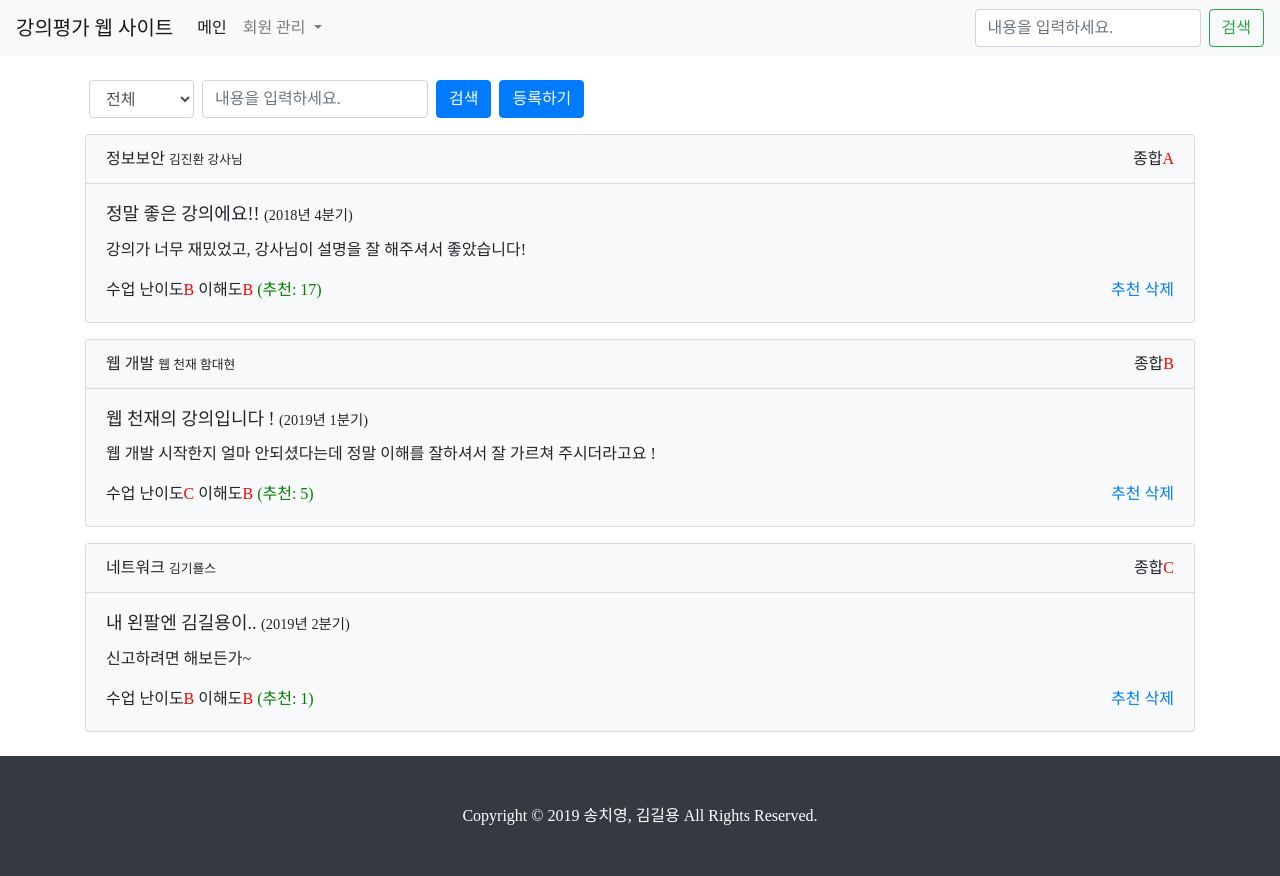
Repository: cldud5221/thdcldud
Page: http://localhost/info/
The author's editor kept a copy of each file at every save. The page is drawn from the files as they stood at one save, then again after the next save.
The browser window is 1280 px wide. The pictures show the whole page.
Some web fonts or font styles are not loaded; a fallback is used. The page is served by Tomcat 9. Other server files are loaded and not shown.

Above is the page before, as saved 2019-07-11 06:48:20.

### info/WebContent/index.jsp
<%@ page language="java" contentType="text/html; charset=UTF-8" pageEncoding="UTF-8"%>
<%@ page import="java.io.PrintWriter" %>
<%@ page import="user.UserDAO" %>
<%@ page import="evaluation.EvaluationDTO" %>
<%@ page import="evaluation.EvaluationDAO" %>
<%@ page import="java.util.ArrayList" %>
<%@ page import="java.net.URLEncoder" %>
<!DOCTYPE html>
<html>
<head>
	<meta http-equiv="Content-Type" content="text/html; charset=UTF-8">
	<meta name="viewport" content="width=device-width, initial-scale=1, shrink-to-fit=no">
	<title> 강의 평가 웹 사이트   </title>
	<!-- 부트스트랩 CSS 추가하기 -->
	<link rel="stylesheet" href="./css/bootstrap.min.css">
	<!-- 커스텀 CSS 추가하기 -->
	<link rel="stylesheet" href="./css/custom.css">
</head>
<body>
<%
	String userID = null;
	if(session.getAttribute("userID") != null) {
		userID = (String) session.getAttribute("userID");
	}
	if(userID != null) {
		PrintWriter script = response.getWriter();
		script.println("<script>");
		script.println("alert('로그인을 해주세요.');");
		script.println("location.href = 'userLogin.jsp';");
		script.println("</script>");
		script.close();
		return;
	}
%>
	<nav class="navbar navbar-expand-lg navbar-light bg-light">
		<a class="navbar-brand" href="index.jsp"> 강의평가 웹 사이트</a>
		<button class="navbar-toggler" type="button" data-toggle="collapse" data-target="#navbar">
			<span class="navbar-toggler-icon"></span>
		</button>
		<div id="navbar" class="collapse navbar-collapse">
			<ul class="navbar-nav mr-auto">
				<li class="nav-item active">
					<a class="nav-link" href="index.jsp">메인</a>
				</li>
				<li class="nav-item dropdown">
					<a class="nav-link dropdown-toggle" id="dropdown" data-toggle="dropdown">
						회원 관리
					</a>
					<div class="dropdown-menu" aria-labelledby="dropdown">
<%
	if(userID == null) {
%>
						<a class="dropdown-item" href="userLogin.jsp">로그인</a>
						<a class="dropdown-item" href="userJoin.jsp">회원가입</a>
<%
	} else {
%>
						<a class="dropdown-item" href="userLogout.jsp">로그아웃</a>
<%
	}
%>
					</div>
				</li>
			</ul>
			<form action="./index.jsp" method="get" class="form-inline my-2 my-lg-0">
				<input type="text" name="search" class="form-control mr-sm-2" type="search" placeholder="내용을 입력하세요." aria-label="Search">
				<button class="btn btn-outline-success my-2 my-sm-0" type="submit">검색</button>
			</form>
		</div>
	</nav>
	<section class="container">
		<form method="get" action="./index.jsp" class="form-inline mt-3">
			<select name="lectureDivide" class="form-control mx-1 mt-2">
				<option value="전체">전체</option>
				<option value="보안">보안</option>
				<option value="자바">자바</option>
				<option value="웹 개발">웹 개발</option>
				<option value="네트워크]">네트워크</option>
			</select>
			<input type="text" name="search" class="form-control mx-1 mt-2" placeholder="내용을 입력하세요.">
			<button type="submit" class="btn btn-primary mx-1 mt-2">검색</button>
			<a class="btn btn-primary mx-1 mt-2" data-toggle="modal" href="#registerModal">등록하기</a>
		</form>
		<div class="card bg-light mt-3">
			<div class="card-header bg-light">
				<div class="row">
					<div class="col-8 text-left">정보보안&nbsp;<small>김진환 강사님</small></div>
					<div class="col-4 text-right">
						종합<span style="color: red;">A</span>
					</div>
				</div>
			</div>
			<div class="card-body">
				<h5 class="card-title">
					정말 좋은 강의에요!!&nbsp;<small>(2018년 4분기)</small>
				</h5>
				<p class="card-text">강의가 너무 재밌었고, 강사님이 설명을 잘 해주셔서 좋았습니다!</p>
				<div class="row">
					<div class="col-9 text-left">
						수업 난이도<span style="color: red;">B</span>
						이해도<span style="color: red;">B</span>
						<span style="color: green;">(추천:  17)</span>
					</div>
					<div class="col-3 text-right">
						<a onclick="return comfirm('추천하시겠나요?')" href="./likeAction.jsp?evaluationID=">추천</a>
						<a onclick="return comfirm('삭제 하실껀가요?')" href="./deleteAction.jsp?evaluationID=">삭제</a>
					</div>
				</div>
			</div>
		</div>
				<div class="card bg-light mt-3">
			<div class="card-header bg-light">
				<div class="row">
					<div class="col-8 text-left">웹 개발&nbsp;<small>웹 천재 함대현</small></div>
					<div class="col-4 text-right">
						종합<span style="color: red;">B</span>
					</div>
				</div>
			</div>
			<div class="card-body">
				<h5 class="card-title">
					웹 천재의 강의입니다 !&nbsp;<small>(2019년 1분기)</small>
				</h5>
				<p class="card-text">웹 개발 시작한지 얼마 안되셨다는데 정말 이해를 잘하셔서 잘 가르쳐 주시더라고요 !</p>
				<div class="row">
					<div class="col-9 text-left">
						수업 난이도<span style="color: red;">C</span>
						이해도<span style="color: red;">B</span>
						<span style="color: green;">(추천:  5)</span>
					</div>
					<div class="col-3 text-right">
						<a onclick="return comfirm('추천하시겠나요?')" href="./likeAction.jsp?evaluationID=">추천</a>
						<a onclick="return comfirm('삭제 하실껀가요?')" href="./deleteAction.jsp?evaluationID=">삭제</a>
					</div>
				</div>
			</div>
		</div>
				<div class="card bg-light mt-3">
			<div class="card-header bg-light">
				<div class="row">
					<div class="col-8 text-left">네트워크&nbsp;<small>김기룔스</small></div>
					<div class="col-4 text-right">
						종합<span style="color: red;">C</span>
					</div>
				</div>
			</div>
			<div class="card-body">
				<h5 class="card-title">
					내 왼팔엔 김길용이..&nbsp;<small>(2019년 2분기)</small>
				</h5>
				<p class="card-text">신고하려면 해보든가~</p>
				<div class="row">
					<div class="col-9 text-left">
						수업 난이도<span style="color: red;">B</span>
						이해도<span style="color: red;">B</span>
						<span style="color: green;">(추천:  1)</span>
					</div>
					<div class="col-3 text-right">
						<a onclick="return comfirm('추천하시겠나요?')" href="./likeAction.jsp?evaluationID=">추천</a>
						<a onclick="return comfirm('삭제 하실껀가요?')" href="./deleteAction.jsp?evaluationID=">삭제</a>
					</div>
				</div>
			</div>
		</div>
	</section>
	<div class="modal fade" id="registerModal" tabindex="-1" role="dialog" aria-labelledby="modal" aria-hidden="true">
		<div class="modal-dialog">
			<div class="modal-content">
				<div class="modal-header">
					<h5 class="modal-title" id="modal">평가 등록</h5>
					<button type="button" class="close" data-dismiss="modal" aria-label="Close">
						<span aria-hidden="true">&times;</span>
					</button>
				</div>
				<div class="modal-body">
					<form action="./evaluationRegisterAction.jsp" method="post">
						<div class="form-row">
							<div class="form-group col-sm-6">
								<label>강의명</label>
								<input type="text" name="lectureName" class="form-control" maxlength="20">
							</div>
							<div class="form-group col-sm-6">
								<label>강사명</label>
								<input type="text" name="professorName" class="form-control" maxlength="20">
							</div>
						</div>
						<div class="form-row">
							<div class="form-group col-sm-4">
								<label>수강 연도</label>
								<select name="lectureYear" class="form-control">
									<option value="2010">2010</option>
									<option value="2011">2011</option>
									<option value="2012">2012</option>
									<option value="2013">2013</option>
									<option value="2014">2014</option>
									<option value="2015">2015</option>
									<option value="2016">2016</option>
									<option value="2017">2017</option>
									<option value="2018" selected>2018</option>
									<option value="2019">2019</option>
									<option value="2020">2020</option>
									<option value="2021">2021</option>
									<option value="2022">2022</option>
									<option value="2023">2023</option>
								</select>
							</div>
							<div class="form-group col-sm-4">
								<label>수강 분기</label>
								<select name="semesterDivide" class="form-control">
									<option value="1분기" selected>1분기</option>
									<option value="2분기">2분기</option>
									<option value="3분기">3분기</option>
									<option value="4분기">4분기</option>
								</select>
							</div>
							<div class="form-group col-sm-4">
								<label>강의 구분</label>
								<select name="lectureDivide" class="form-control">
									<option value="보안" selected>보안</option>
									<option value="자바">자바</option>
									<option value="웹 개발">웹 개발</option>
									<option value="네트워크">네트워크</option>
								</select>
							</div>
						</div>
						<div class="form-group">
							<label>제목</label>
							<input type="text" name="evaluationTitle" class="form-control" maxlength="30">
						</div>
						<div class="form-group">
							<label>내용</label>
							<textarea name="evaluationContent" class="form-control" maxlength="1024" style="height: 120px;"></textarea>
						</div>
						<div class="form-row">
							<div class="form-group col-sm-3">
								<label>종합</label>
								<select name="totalScore" class="form-control">
									<option value="A" selected>A</option>
									<option value="B">B</option>
									<option value="C">C</option>
									<option value="D">D</option>
									<option value="F">F</option>
								</select>
							</div>
							<div class="form-group col-sm-3">
								<label>수업 난이도</label>
								<select name="creditScore" class="form-control">
									<option value="A" selected>A</option>
									<option value="B">B</option>
									<option value="C">C</option>
									<option value="D">D</option>
									<option value="F">F</option>
								</select>
							</div>
							<div class="form-group col-sm-3">
								<label>이해도</label>
								<select name="comfortableScore" class="form-control">
									<option value="A" selected>A</option>
									<option value="B">B</option>
									<option value="C">C</option>
									<option value="D">D</option>
									<option value="F">F</option>
								</select>
							</div>
						</div>
						<div class="modal-footer">
							<button type="button" class="btn btn-secondary" data-dismiss="modal">취소</button>
							<button type="submit" class="btn btn-primary">등록하기</button>
						</div>
					</form>
				</div>
			</div>
		</div>
	</div>

	<footer class="bg-dark mt-4 p-5 text-center" style="color: #FFFFFF;">
			Copyright &copy; 2019 송치영, 김길용 All Rights Reserved.
	</footer>
	<!-- 제이쿼리 자바스크립트 추가하기 -->
	<script src="./js/jquery.min.js"></script>
	<!-- 파퍼 자바스크립트 추가하기 -->
	<script src="./js/pooper.js"></script>
	<!-- 부트스트랩 자바스크립트 추가하기 -->
	<script src="./js/bootstrap.min.js"></script>
</body>
</html>

### info/WebContent/css/custom.css
@import url(https://fonts.googleapis.com/earlyaccess/jejugothic.css);
@import url(https://fonts.googleapis.com/earlyaccess/nanumgothic.css);
.navbar-brand, h1, h2, h3, h4 {
	font-family: 'Jeju Gothic';
}
h5 {
	font-family: 'Jeju Gothic';
	font-size: 18px;
}
body {
	font-family: 'Nanum Gothic';
}

Loaded but not shown: info/WebContent/css/bootstrap.min.css (library); info/WebContent/js/jquery.min.js (library); info/WebContent/js/pooper.js (library); info/WebContent/js/bootstrap.min.js (library)

After the next save:
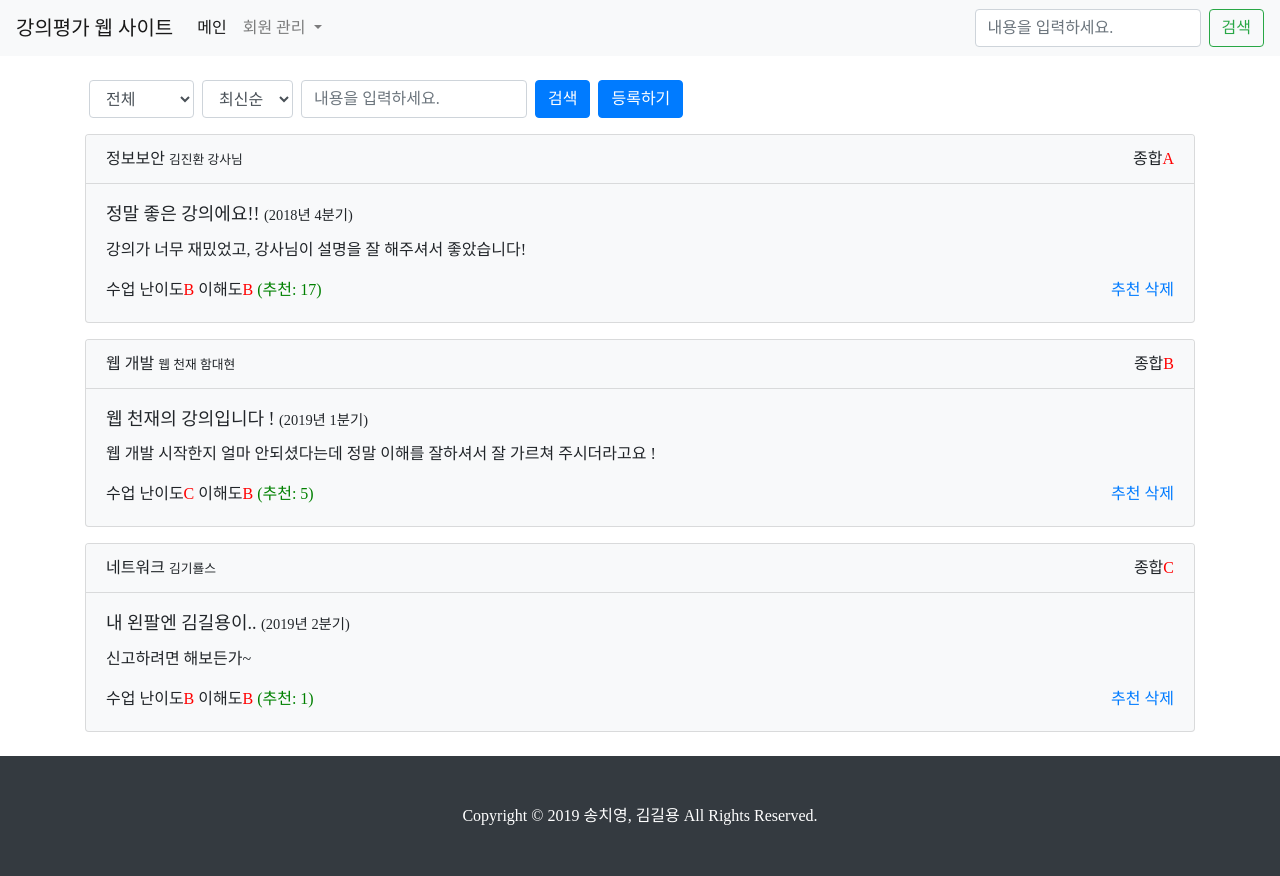
Saved 8 min 8 s later.
--- a/info/WebContent/index.jsp
+++ b/info/WebContent/index.jsp
@@ -18,6 +18,31 @@
 </head>
 <body>
 <%
+	request.setCharacterEncoding("UTF-8");
+	String lectureDivide = "전체";
+	String searchType = "최신순";
+	String search = "";
+	int pageNumber = 0;
+	if(request.getParameter("lectureDivide") != null) {
+		lectureDivide = request.getParameter("lectureDivide");
+	}
+	if(request.getParameter("searchType") != null) {
+		searchType = request.getParameter("searchType");
+	}
+	if(request.getParameter("search") != null) {
+		search = request.getParameter("search");
+	}
+	if(request.getParameter("pageNumber") != null) {
+		try {
+
+		} catch (Exception e) {
+			System.out.println("검색 페이지 번호 오류");
+		}
+		pageNumber = Integer.parseInt(request.getParameter("pageNumber"));
+	}
+
+
+
 	String userID = null;
 	if(session.getAttribute("userID") != null) {
 		userID = (String) session.getAttribute("userID");
@@ -72,10 +97,14 @@
 		<form method="get" action="./index.jsp" class="form-inline mt-3">
 			<select name="lectureDivide" class="form-control mx-1 mt-2">
 				<option value="전체">전체</option>
-				<option value="보안">보안</option>
-				<option value="자바">자바</option>
-				<option value="웹 개발">웹 개발</option>
-				<option value="네트워크]">네트워크</option>
+				<option value="보안" <% if(lectureDivide.equals("보안")) out.println("selected"); %>>보안</option>
+				<option value="자바" <% if(lectureDivide.equals("자바")) out.println("selected"); %>>자바</option>
+				<option value="웹 개발" <% if(lectureDivide.equals("웹 개발")) out.println("selected"); %>>웹 개발</option>
+				<option value="네트워크" <% if(lectureDivide.equals("네트워크")) out.println("selected"); %>>네트워크</option>
+			</select>
+			<select name="searchType" class="form-control mx-1 mt-2">
+				<option value="최신순">최신순</option>
+				<option value="추천순" <% if(searchType.equals("추천순")) out.println("selected"); %>>추천순</option>
 			</select>
 			<input type="text" name="search" class="form-control mx-1 mt-2" placeholder="내용을 입력하세요.">
 			<button type="submit" class="btn btn-primary mx-1 mt-2">검색</button>
